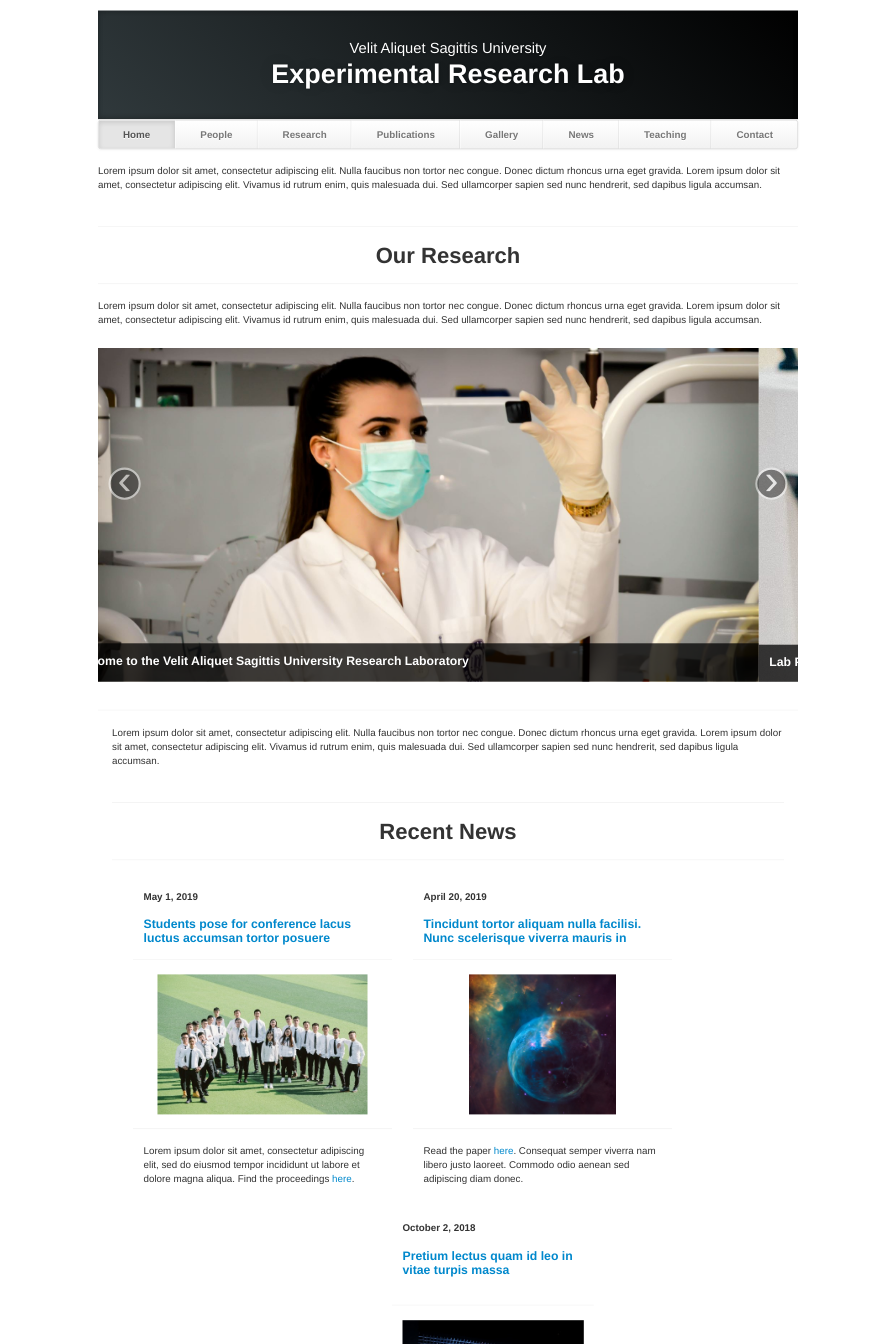
Repository: IAEUC/iaeuc.github.io
Page: index.html
The author's editor kept a copy of each file at every save. The page is drawn from the files as they stood at one save, then again after the next save.
The browser window is 1280 px wide. The pictures show the part of the page from y = 0 to 1920 px (the page is 3060 px tall before and 3180 px after), at 70% of full size.

Above is the page before, as saved 2025-08-07 17:18:31.

### index.html
<!DOCTYPE html>
<html lang="en">
   <head>
      <meta charset="utf-8">
      <title>Generic Research Lab Template - Home</title>
      <meta name="viewport" content="width=device-width, initial-scale=1.0">
      <meta name="description" content="Research Lab, Home, Velit Aliquet Sagittis University">
      <meta name="author" content="">
      <!-- Le styles -->
      <link href="css/bootstrap.min.css" rel="stylesheet">
      <link href="css/bootstrap-responsive.min.css" rel="stylesheet">
      <link href="css/theme.css" rel="stylesheet">
   </head>
   <body>
      <div class="container">
         <header class="jumbotron subhead" id="overview">
            <p class="lead"> Velit Aliquet Sagittis University </p>
            <h1>Experimental Research Lab</h1>
         </header>
         <div class="masthead">
            <div class="navbar">
               <div class="navbar-inner">
                  <div class="container">
                     <ul class="nav">
                        <li class="active"><a href="#">Home</a></li>
                        <li><a href="people.html">People</a></li>
                        <li><a href="research.html">Research</a></li>
                        <li><a href="publications.html">Publications</a></li>
                        <li><a href="gallery.html">Gallery</a></li>
                        <li><a href="news.html">News</a></li>
                        <li><a href="teaching.html">Teaching</a></li>
                        <li><a href="contact.html">Contact</a></li>
                     </ul>
                  </div>
               </div>
            </div>
         </div>

         <div class="row-fluid">
            <div class="span12">
                              <p>
                                 Lorem ipsum dolor sit amet, consectetur adipiscing elit. Nulla faucibus non tortor nec congue.
                                 Donec dictum rhoncus urna eget gravida. Lorem ipsum dolor sit amet, consectetur adipiscing elit.
                                 Vivamus id rutrum enim, quis malesuada dui. Sed ullamcorper sapien sed nunc hendrerit, sed dapibus
                                 ligula accumsan.
                              </p>
                              <br/>
                           </div>
         </div>
         <div class="row-fluid">
                  <hr>
                  <h2 class="centered">Our Research</h2>
                  <hr>
         </div>
         <div class="row-fluid">
            <div class="span12">
                              <p>
                                 Lorem ipsum dolor sit amet, consectetur adipiscing elit. Nulla faucibus non tortor nec congue.
                                 Donec dictum rhoncus urna eget gravida. Lorem ipsum dolor sit amet, consectetur adipiscing elit.
                                 Vivamus id rutrum enim, quis malesuada dui. Sed ullamcorper sapien sed nunc hendrerit, sed dapibus
                                 ligula accumsan.
                              </p>
                              <br/>
                           </div>
         </div>

         <div class="row-fluid">
            <div class="span12">
               <div id="main-carousel" class="carousel slide">
                  <div class="carousel-inner">
                     <div class="item active">
                        <img src="images/ani-kolleshi-crop3.JPG" class="carousel-image" alt="">
                        <div class="carousel-caption">
                           <h4>Welcome to the Velit Aliquet Sagittis University Research Laboratory</h4>
                           <!-- -->
                           <p></p>
                        </div>
                     </div>
                     <div class="item">
                        <img src="images/microscope-crop1.JPG" class="carousel-image" alt="">
                        <div class="carousel-caption">
                           <h4>Lab Photos</h4>
                           <p></p>
                        </div>
                     </div>
                     <div class="item">
                        <img src="images/building-crop1.JPG" class="carousel-image" alt="">
                        <div class="carousel-caption">
                           <h4>Main Building Photo</h4>
                           <p></p>
                        </div>
                     </div>
                  </div>
                  <a class="left carousel-control" href="#main-carousel" data-slide="prev">‹</a>
                  <a class="right carousel-control" href="#main-carousel" data-slide="next">›</a>
               </div>
            </div>
         </div>
         <hr>
         <div class="container-fluid">
            <div class="row-fluid marketing">
               <div class="span12">
                  <p>
                     Lorem ipsum dolor sit amet, consectetur adipiscing elit. Nulla faucibus non tortor nec congue.
                     Donec dictum rhoncus urna eget gravida. Lorem ipsum dolor sit amet, consectetur adipiscing elit.
                     Vivamus id rutrum enim, quis malesuada dui. Sed ullamcorper sapien sed nunc hendrerit, sed dapibus
                     ligula accumsan.
                  </p>
                  <br/>
               </div>
            </div>
               <div class="row-fluid">
                  <hr>
                  <h2 class="centered">Recent News</h2>
                  <hr>
               </div>
               <div class="span4 feature-item">
                  <h5> <span class="date"> May 1, 2019 </span> </h5>
                  <h4 class="feature-heading">
                     <a href="https://unsplash.com/photos/CPmrdbbpnXg">
                     Students pose for conference lacus luctus accumsan tortor posuere
                     </a>
                     <br/>
                  </h4>
                  <hr>
                  <div class="centered">
                     <a href="https://unsplash.com/photos/CPmrdbbpnXg">
                     <img src="thumbs/jerry-zhang-1281608-unsplash.jpg" alt=""></a>
                  </div>
                  <hr>
                  <p>
                     Lorem ipsum dolor sit amet, consectetur adipiscing elit, sed do eiusmod tempor incididunt ut labore et
                     dolore magna aliqua.
                     Find the proceedings <a href="https://unsplash.com/photos/CPmrdbbpnXg">here</a>.
                  </p>
                  <br/>
                  <br/>
               </div>
               <div class="span4 feature-item">
                  <h5> <span class="date">April 20, 2019</span> </h5>
                  <h4 class="feature-heading">
                     <a href="https://unsplash.com/photos/rTZW4f02zY8">
                     Tincidunt tortor aliquam nulla facilisi. Nunc scelerisque viverra mauris in
                     </a>
                  </h4>
                  <hr>
                  <div class="centered">
                     <a href="https://unsplash.com/photos/rTZW4f02zY8">
                     <img src="thumbs/nasa-89125-unsplash.jpg" alt="">
                     </a>
                  </div>
                  <hr>
                  <p>
                     Read the paper
                     <a href="https://unsplash.com/photos/rTZW4f02zY8">here</a>.
                     Consequat semper viverra nam libero justo laoreet. Commodo odio aenean sed adipiscing diam donec.
                  </p>
                  <br/>
               </div>
               <div class="row-fluid">
                  <div class="span4 feature-item">
                     <h5> <span class="date">October 2, 2018</span> </h5>
                     <h4 class="feature-heading">
                        <a href="http://mechanical.illinois.edu/news/miljkovic-pleased-join-%E2%80%98powerhouse%E2%80%99-illinois">
                        Pretium lectus quam id leo in vitae turpis massa
                        <br/>
                        <br/>
                        </a>
                     </h4>
                     <hr>
                     <div class="centered">
                        <a href="https://unsplash.com/photos/WNk-f-TnZDw">
                        <img src="thumbs/rodolfo-cuadros-762364-unsplash.jpg" alt=""></a>
                     </div>
                     <hr>
                     <p>
                        Tristique senectus et netus et malesuada. Sed viverra tellus in hac habitasse platea dictumst vestibulum rhoncus.
                        Read it <a href="https://unsplash.com/photos/WNk-f-TnZDw">here</a>.
                     </p>
                     <br/>
                  </div>
               </div>
               <hr>
            </div>
            <div class="row-fluid">
               <div class="span4 feature-item">
                  <h4 class="feature-heading"><a href="https://unsplash.com/photos/QvbLjB9pHLM">Lorem ipsum dolor sit amet, consectetur adipiscing elit. Ut sit amet ultrices velit habitasse platea</a></h4>
                  <hr>
                  <div class="centered">
                     <a href="https://unsplash.com/photos/QvbLjB9pHLM"><img src="thumbs/ivanov-crop.JPG" alt=""></a>
                  </div>
                  <hr>
                  <p>Aecenas consectetur vestibulum orci ut vulputate. Aenean cursus finibus pulvinar <a href="https://unsplash.com/photos/QvbLjB9pHLM">here</a>. </p>
                  <br/>
               </div>
               <div class="span4 feature-item">
                  <h4 class="feature-heading"><a href="https://unsplash.com/photos/lQGJCMY5qcM">Maecenas placerat ullamcorper eros a vehicula. Duis mollis tortor ut elit elementum</a></h4>
                  <hr>
                  <div class="centered">
                     <a href="https://unsplash.com/photos/lQGJCMY5qcM"><img src="thumbs/beaker-crop.JPG" alt=""></a>
                  </div>
                  <hr>
                  <p>Read the paper <a href="https://unsplash.com/photos/lQGJCMY5qcM">here</a> </p>
               </div>
               <div class="span4 feature-item">
                  <h4 class="feature-heading"><a href="https://unsplash.com/photos/QCbZ4ASLhM8">Fusce tempor placerat felis, et placerat sapien lacinia sit amet<br/><br/><br/></a></h4>
                  <hr>
                  <div class="centered">
                     <a href="https://unsplash.com/photos/QCbZ4ASLhM8"><img src="thumbs/sato-chart.JPG" alt=""></a>
                  </div>
                  <hr>
                  <p> Aenean posuere, nulla ut placerat fringilla, dolor dolor pellentesque metus. Read the paper <a href="https://unsplash.com/photos/QCbZ4ASLhM8">here</a>.</p>
                  <br/>
                  <br/>
                  <br/>
               </div>
            </div>
         </div>
      </div>
      <footer id="footer">
         <div class="container-fluid">
            <div class="row-fluid">
               <div class="span5">
                  <h3>Contact Information</h3>
                  <p><b>Office Hours: </b>Monday-Friday (8.00am - 5.00pm)</p>
                  <p><b>Phone: </b>999-999-9999</p>
                  <p><b>Cell: </b>999-999-9999</p>
                  <a href="mailto:your.email@uni.edu">Email</a>
               </div>
               <div class="span2">
                  <a href="https://mybrandnewlogo.com/"><img src = "thumbs/generic-logo.JPG" alt="research-lab-logo"/></a>
               </div>
               <div class="span5">
                  <h3>Address</h3>
                  <p>9999 Generic Research Laboratory<br>
                     999 Fake Street Avenue<br>
                     City, State<br>
                     Country ZIP
                  </p>
                  <a href="http://maps.google.com/">Show Map</a>
               </div>
            </div>
         </div>
      </footer>

      <!-- Javascript files -->
      <script src="js/jquery-1.9.1.min.js"></script>
      <script src="js/bootstrap.min.js"></script>
      <script> $('#main-carousel').carousel(); </script>
   </body>
</html>

### css/theme.css
body {
	padding-top: 15px;
	padding-bottom: 0px;
}


/* Custom container */

.container {
	margin: 0 auto;
	max-width: 1000px;
}

.container>hr {
	margin: 20px 0
}


/* Customize the navbar links to be fill the entire space of the .navbar */

.navbar .navbar-inner {
	padding: 0
}

.navbar .nav {
	margin: 0;
	display: table;
	width: 100%;
}

.navbar .nav li {
	display: table-cell;
	width: 1%;
	float: none;
}

.navbar .nav li a {
	font-weight: bold;
	text-align: center;
	border-left: 1px solid rgba(255, 255, 255, .75);
	border-right: 1px solid rgba(0, 0, 0, .1);
}

.navbar .nav li:first-child a {
	border-left: 0;
	border-radius: 3px 0 0 3px;
}

.navbar .nav li:last-child a {
	border-right: 0;
	border-radius: 0 3px 3px 0;
}

body>.navbar {
	font-size: 13px
}


/* Change the docs' brand */

body>.navbar .brand {
	padding-right: 0;
	padding-left: 0;
	margin-left: 20px;
	float: right;
	font-weight: bold;
	color: #000;
	text-shadow: 0 1px 0 rgba(255, 255, 255, .1), 0 0 30px rgba(255, 255, 255, .125);
	-webkit-transition: all .2s linear;
	-moz-transition: all .2s linear;
	transition: all .2s linear;
}

body>.navbar .brand:hover {
	text-decoration: none;
	text-shadow: 0 1px 0 rgba(255, 255, 255, .1), 0 0 30px rgba(255, 255, 255, .4);
}


/* Sidenav for Docs
         -------------------------------------------------- */

@media screen and (max-width: 768px) {
	.bs-docs-sidenav {
		display: none !important;
	}
}

.bs-docs-sidenav {
	width: 228px;
	margin: 30px 0 0;
	padding: 0;
	background-color: #fff;
	-webkit-border-radius: 6px;
	-moz-border-radius: 6px;
	border-radius: 6px;
	-webkit-box-shadow: 0 1px 4px rgba(0, 0, 0, .065);
	-moz-box-shadow: 0 1px 4px rgba(0, 0, 0, .065);
	box-shadow: 0 1px 4px rgba(0, 0, 0, .065);
}

.bs-docs-sidenav>li>a {
	display: block;
	width: 200px;
	margin: 0 0 -1px;
	padding: 8px 14px;
	border: 1px solid #e5e5e5;
}

.bs-docs-sidenav>li>a.subhead {
	display: block;
	width: 168px;
	margin: 0 0 -1px;
	padding: 8px 30px;
	border: 1px solid #e5e5e5;
	font-size: 12px;
}

.bs-docs-sidenav>li:first-child>a {
	-webkit-border-radius: 6px 6px 0 0;
	-moz-border-radius: 6px 6px 0 0;
	border-radius: 6px 6px 0 0;
}

.bs-docs-sidenav>li:last-child>a {
	-webkit-border-radius: 0 0 6px 6px;
	-moz-border-radius: 0 0 6px 6px;
	border-radius: 0 0 6px 6px;
}

.bs-docs-sidenav>.active>a {
	position: relative;
	z-index: 2;
	padding: 9px 15px;
	border: 0;
	text-shadow: 0 1px 0 rgba(0, 0, 0, .15);
	-webkit-box-shadow: inset 1px 0 0 rgba(0, 0, 0, .1), inset -1px 0 0 rgba(0, 0, 0, .1);
	-moz-box-shadow: inset 1px 0 0 rgba(0, 0, 0, .1), inset -1px 0 0 rgba(0, 0, 0, .1);
	box-shadow: inset 1px 0 0 rgba(0, 0, 0, .1), inset -1px 0 0 rgba(0, 0, 0, .1);
}

.bs-docs-sidenav>li>a:hover {
	background-color: #f5f5f5
}

.bs-docs-sidenav a:hover .icon-chevron-right {
	opacity: .5
}

.bs-docs-sidenav.affix {
	top: 10px
}

.bs-docs-sidenav.affix-bottom {
	position: absolute;
	top: auto;
	bottom: 270px;
}


/* Responsive
         -------------------------------------------------- */

.affix {
	top: 0px
}

#media {
	margin-top: 70px
}

#media .header {
	margin-left: 0;
	margin-bottom: 56px;
	margin-top: 30px;
}

#media .post_row {
	margin-left: 0;
	margin-bottom: 40px;
}

#media .lastpost_row {
	margin-bottom: 0
}

#media .post_row .post {
	background: #fff;
	/*margin-left: 0;;
    margin-right: 20px;*/
	border-radius: 4px;
	box-shadow: 1px 1px 2px 0px #E0E0E0;
	width: 487px;
	height: 616px;
}

#media .post_row .last {
	margin-right: 0
}

#media .post_row .post .img {
	position: relative;
	text-align: center;
}

#media .post_row .post .img .date {
	background: #E8554E;
	position: absolute;
	padding: 2px 5px;
	top: 0;
	left: 11px;
}

#media .post_row .post .img .date p {
	color: #fff;
	font-size: 14px;
	font-weight: bold;
	font-style: italic;
	margin: 0;
}

#media .post_row .post .img img {
	height: 275px;
	width: 410px;
}

#media .post_row .post .text {
	margin: 18px auto 0;
	width: 83%;
}

#media .post_row .post .text h5 {
	margin: 0 0 8px 0;
	font-size: 20px;
	line-height: 23px;
}

#media .post_row .post .text h5 a {
	color: #333
}

#media .post_row .post .text span.date {
	color: #9F9F9F;
	display: block;
	margin-bottom: 12px;
	font-style: italic;
	font-size: 13px;
}

#media .post_row .post .text p {
	margin: 0;
	line-height: 21px;
	font-size: 14px;
}

#media .post_row .post .author_box {
	margin: 12px auto 20px;
	border-top: 1px solid #EDEDED;
	overflow: hidden;
	text-align: left;
	width: 85%;
	padding-top: 12px;
}

#media .post_row .post .author_box h6 {
	margin: 0 0 3px 0;
	font-size: 13px;
	line-height: 15px;
	font-style: italic;
	font-weight: normal;
	color: #B2B2B2;
}

#media .post_row .post .author_box p {
	color: #B2B2B2;
	font-style: italic;
	font-size: 13px;
	line-height: 14px;
	margin: 0;
}

#media .post_row .post .author_box img {
	float: right
}

#media .post_row .post a.plus_wrapper {
	width: 99%;
	text-align: center;
	background: #fff;
	display: none;
	border-radius: 0px 0px 4px 4px;
	padding: 6px 0px 2px;
	margin: 0 auto 1px;
}

#media .post_row .post a.plus_wrapper span {
	color: #1189D9;
	font-size: 30px;
	font-weight: bold;
}

#media .post_row .post:hover a.plus_wrapper {
	display: block
}

#media .post_row .post:hover {
	box-shadow: 0px 1px 5px 1px rgb(216, 216, 216)
}

#media .post_row .post:hover .text h5 a {
	color: #1189D9
}

.map .box_wrapp {
	position: absolute;
	margin: 15px auto;
	box-shadow: 0 0 7px 0 rgba(26, 26, 26, 0.4);
	padding: 30px 0 30px;
	background: white;
	border-radius: 4px;
	margin-top: 25px;
}

.map .box_wrapp .box_cont {
	margin: 30px auto;
	width: 76%;
}

.section-header {
	text-align: center;
	margin-bottom: 35px;
}

.section-header h1,
.title-text {
	font-weight: bold;
	font-size: 30px;
	margin: 12.5px 0;
	font-weight: 100;
	margin-bottom: 25px;
	line-height: 55px;
}

.feature-item:hover {
	box-shadow: 0px 1px 5px 1px rgb(216, 216, 216)
}

.feature-item img {
	margin-left: 15px;
	margin-right: 15px;
	max-width: 90%;
	height: 200px;
}

.feature-item h5 {
	margin-left: 15px;
	margin-right: 15px;
	margin-top: 20px;
	margin-bottom: 20px;
}

.feature-item p {
	margin-left: 15px;
	margin-right: 15px;
}

.feature-heading {
	margin-top: 20px;
	margin-bottom: 20px;
	margin-left: 15px;
	margin-right: 15px;
}

.feature-heading a:hover {
	text-decoration: none;
}

.feature-button {
	font-size: 16px;
	background-image: none;
	box-shadow: none;
	margin-bottom: 10px;
}

.centered {
	text-align: center;
}

.subhead {
	text-align: left;
	border-bottom: 1px solid #ddd;
}

.jumbotron {
	position: relative;
	padding: 45px 0px 35px 0px;
	color: #fff;
	text-align: center;
	text-shadow: 0 1px 3px rgba(0, 0, 0, .4), 0 0 30px rgba(0, 0, 0, .075);
	background: #30393C;
	background: -moz-linear-gradient(45deg, #30393C 0%, #000000 100%);
	background: -webkit-gradient(linear, left bottom, right top, color-stop(0%, #30393C), color-stop(100%, #30393C));
	background: -webkit-linear-gradient(45deg, #30393C 0%, #000000 100%);
	background: -o-linear-gradient(45deg, #30393C 0%, #000000 100%);
	background: -ms-linear-gradient(45deg, #30393C 0%, #000000 100%);
	background: linear-gradient(45deg, #30393C 0%, #000000 100%) repeat;
	-webkit-box-shadow: inset 0 3px 7px rgba(0, 0, 0, .2), inset 0 -3px 7px rgba(0, 0, 0, .2);
	-moz-box-shadow: inset 0 3px 7px rgba(0, 0, 0, .2), inset 0 -3px 7px rgba(0, 0, 0, .2);
	box-shadow: inset 0 3px 7px rgba(0, 0, 0, .2), inset 0 -3px 7px rgba(0, 0, 0, .2);
}

.jumbotron:after {
	content: '';
	display: block;
	position: absolute;
	top: 0;
	right: 0;
	bottom: 0;
	left: 0;
	opacity: .4;
}

.lead {
	margin-bottom: 0px;
	font-size: 21px;
	font-weight: 200;
	line-height: 15px;
}

img.float-left {
	float: left;
	margin-top: 9px;
	margin-left: 0px;
	margin-right: 30px;
	margin-bottom: 12px;
}

img.float-right {
	float: right;
	margin-top: 9px;
	margin-right: 0px;
	margin-bottom: 12px;
	margin-left: 30px;
}

img.publications-thumb {
	width: 142px;
	height: 188px;
}

.caption {
	margin: 10px;
}

.responsive-video {
	position: relative;
	padding-bottom: 56.25%;
	padding-top: 60px;
	overflow: hidden;
}

.responsive-video iframe,
.responsive-video object,
.responsive-video embed {
	position: absolute;
	top: 0;
	left: 0;
	width: 93.5%;
	height: 93.5%;
}

.video-caption {
	margin: 10px;
}

.accordion {
	margin-bottom: 20px;
	margin-right: 40px;
}

.thumbnail>img.sponsor {
	width: 212px;
	height: 150px;
}

img.carousel-image {
	width: 100%;
}

li.publication {
	margin-bottom: 20px;
}

.page-header h3 a:hover {
	text-decoration: none;
}

iframe.map-frame {
	border: none;
	overflow: hidden;
	margin-top: 10px;
	margin-bottom: 10px;
	margin-left: 0px;
	margin-right: 0px;
	height: 550px;
	width: 100%;
}

ul.sponsors {
	margin-top: 40px;
	margin-bottom: 40px;
}

#footer {
	z-index: 10;
	margin-top: 50px;
	margin-bottom: 0px;
	padding-bottom: 25px;
	border-top-width: 8px;
	border-top-style: solid;
	border-top-color: #2F2F2F;
	background-color: #000000;
	border: 0;
	font-size: 100%;
	font: inherit;
	vertical-align: baseline;
	text-align: center;
}

#footer h3 {
	font-size: 19px;
	text-transform: uppercase;
	font-family: BebasNeueRegular;
	color: #8DBECE;
	border-bottom-width: 1px;
	border-bottom-style: solid;
	border-bottom-color: #30393C;
	line-height: 35px;
	margin-bottom: 20px;
	margin-top: 25px;
	font-weight: normal;
}

#footer a img {
	margin-top: 40px;
}

#footer p,
#footer address {
	color: #8F8F8F;
	font-size: 11px;
}

Loaded but not shown: css/bootstrap.min.css (library); css/bootstrap-responsive.min.css (library); js/jquery-1.9.1.min.js (library); js/bootstrap.min.js (library)

After the next save:
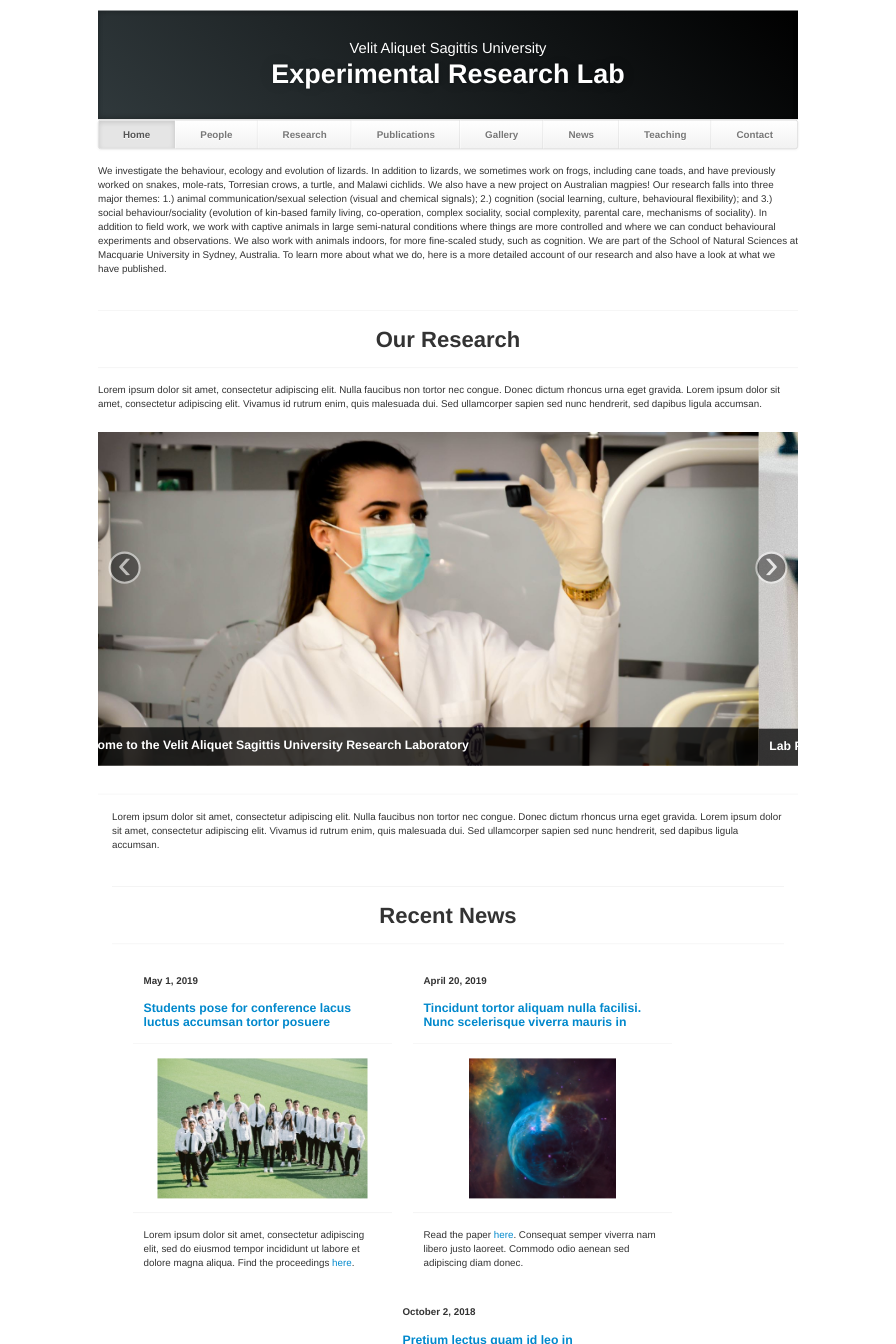
Saved 84 s later.
--- a/index.html
+++ b/index.html
@@ -39,10 +39,11 @@
          <div class="row-fluid">
             <div class="span12">
                               <p>
-                                 Lorem ipsum dolor sit amet, consectetur adipiscing elit. Nulla faucibus non tortor nec congue.
-                                 Donec dictum rhoncus urna eget gravida. Lorem ipsum dolor sit amet, consectetur adipiscing elit.
-                                 Vivamus id rutrum enim, quis malesuada dui. Sed ullamcorper sapien sed nunc hendrerit, sed dapibus
-                                 ligula accumsan.
+                                We investigate the behaviour, ecology and evolution of lizards. In addition to lizards, we sometimes work on frogs, including cane toads, and have previously worked on snakes, mole-rats, Torresian crows, a turtle, and Malawi cichlids. We also have a new project on Australian magpies! Our research falls into three major themes: 1.) animal communication/sexual selection (visual and chemical signals); 2.) cognition (social learning, culture, behavioural flexibility); and 3.) social behaviour/sociality (evolution of kin-based family living, co-operation, complex sociality, social complexity, parental care, mechanisms of sociality).
+
+In addition to field work, we work with captive animals in large semi-natural conditions where things are more controlled and where we can conduct behavioural experiments and observations. We also work with animals indoors, for more fine-scaled study, such as cognition.
+
+We are part of the School of Natural Sciences at Macquarie University in Sydney, Australia. To learn more about what we do, here is a more detailed account of our research and also have a look at what we have published.
                               </p>
                               <br/>
                            </div>
